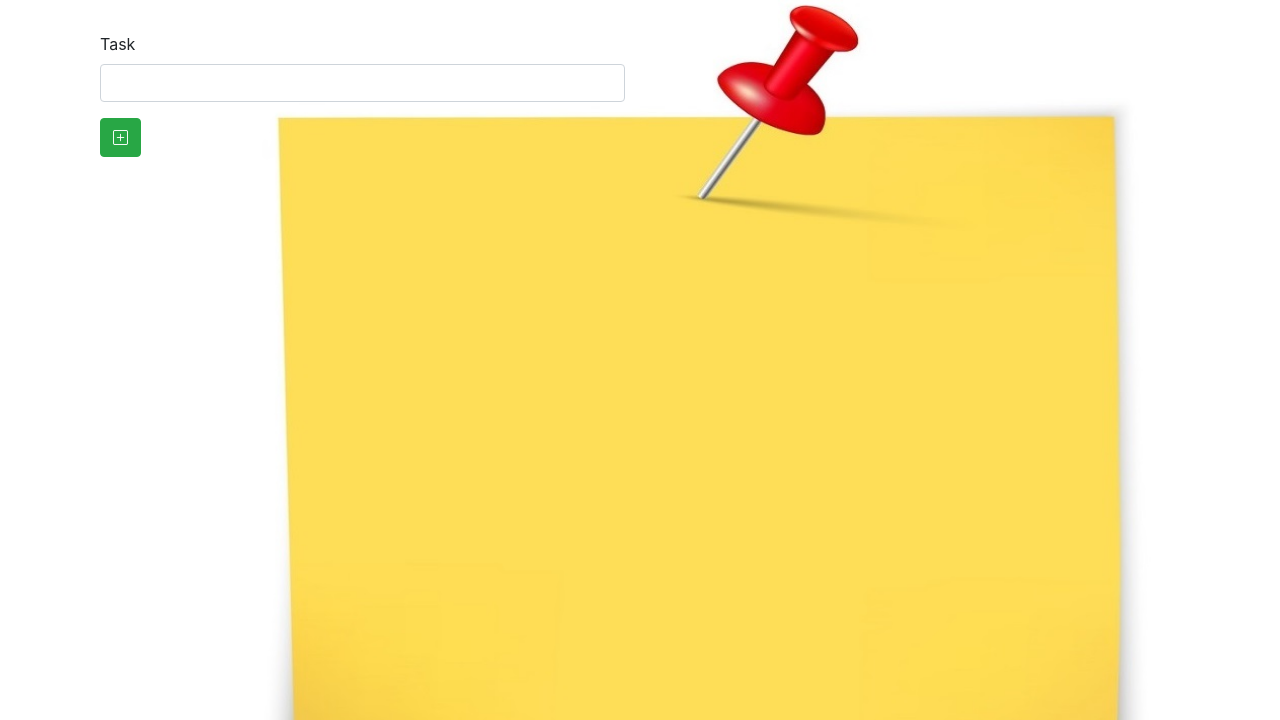
Repository: walaaElbasha/Todo-list-laravel
Page: http://localhost/tasks
An editor plug-in stored every save of this project. The page is shown before and after the next save, followed by the edit.
The browser window is 1280 px wide. The pictures show the whole page.
The page is served by the project's Laravel application, run on PHP 8.4 with Laravel 8. Style sheets and scripts are compiled from the project's sources, by tool versions that may differ from the author's. Queries for data that is not in the repository find no rows.

Above is the page before, as saved 2021-07-01 13:52:19.

After the next save:
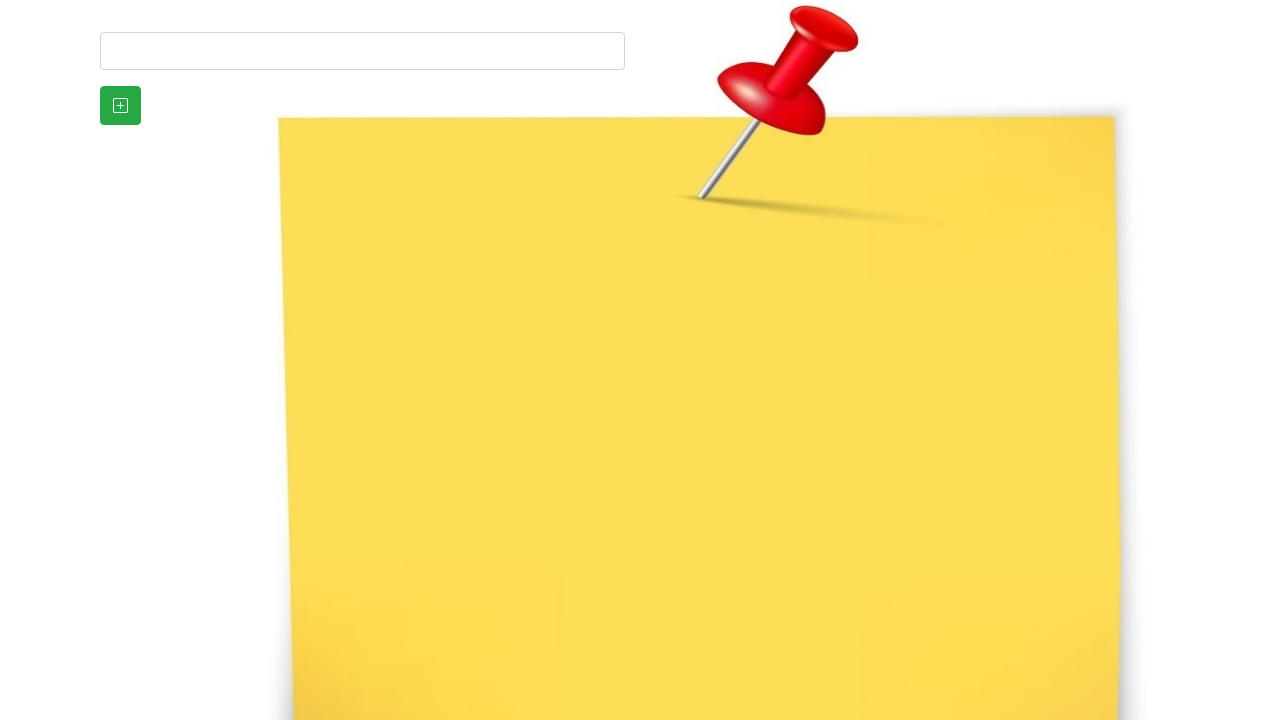
Saved 53 s later.
--- a/resources/views/tasks/index.blade.php
+++ b/resources/views/tasks/index.blade.php
@@ -40,7 +40,10 @@
 
             <!-- Task Name -->
             <div class="form-group">
-                <label for="task" class="col-sm-3 control-label">Task</label>
+                <div class="text-center">
+                    {{$allTasks->links("pagination::bootstrap-4")}}
+
+                </div>
 
                 @if($errors->any())
                 <div class="alert alert-danger">
@@ -56,10 +59,7 @@
                 </div>
             </div>
 
-            <div class="text-center">
-                {{$allTasks->links("pagination::bootstrap-4")}}
 
-            </div>
             <div style="display:flex">
 
                 <div class="form-group">
